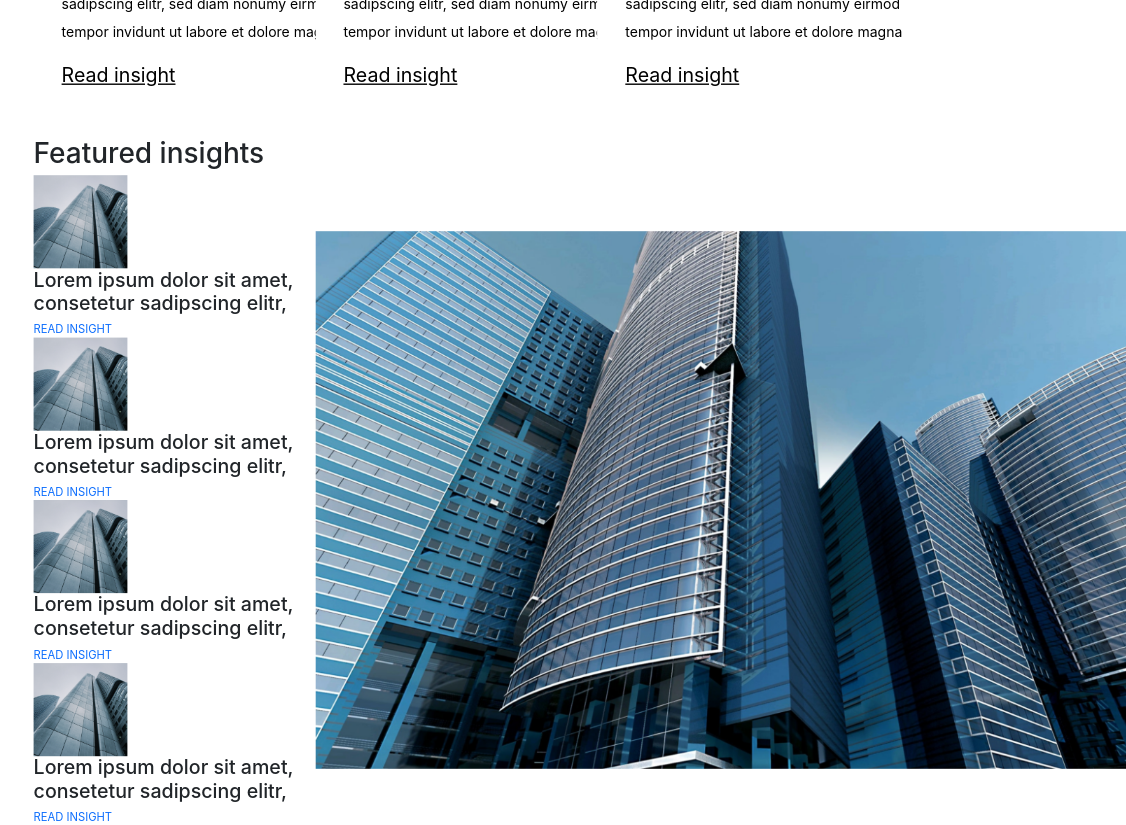
Repository: arif286/Business-webpage
Page: /
These files come from the project's save history. The page is drawn as it stood at one moment and after the next save; the edit follows.
The browser window is 1280 px wide. The page is 1609 px wide, so the pictures cover 1609 px, including what lies to the right of the window. The pictures show the part of the page from y = 1826 to 3346 px (the page is 3005 px tall before and 3976 px after), at 70% of full size.
The project was rebuilt for these pictures with package versions that can differ from the ones it lists, and the page was loaded fresh each time. Also part of the build but not shown: src/components/MainHeader/MainHeader.css, src/components/NotFound/NotFound.js.

Above is the page before, as saved 2021-05-27 16:27:56.

After the next save:
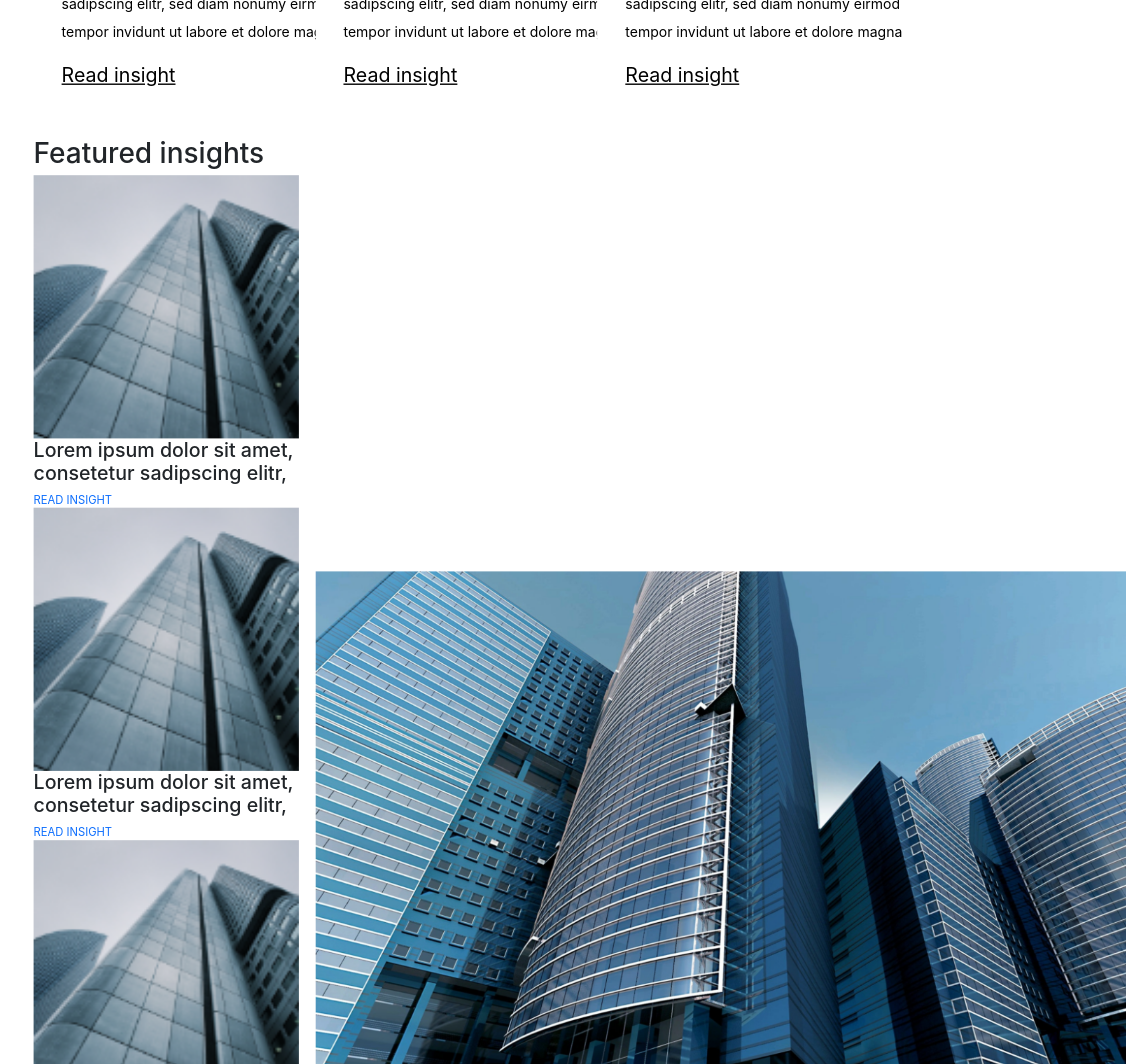
Saved 49 s later.
--- a/src/components/Featured/FeaturedColumn.js
+++ b/src/components/Featured/FeaturedColumn.js
@@ -6,7 +6,7 @@
     <>
 
       <div className="single-featured-box">
-        <img src={card.image} alt="" />
+        <img className='w-100' src={card.image} alt="" />
         <div className="featured-box-content">
           <h3>{card.text}</h3>
           <a href="http">READ INSIGHT</a>
